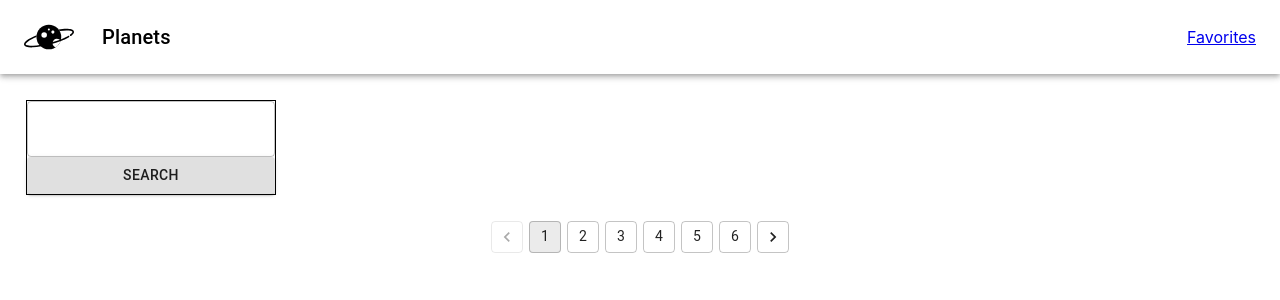
Repository: samridhie01/assignment
Page: /details
These files come from the project's save history. The page is drawn as it stood at one moment and after the next save; the edit follows.
The browser window is 1280 px wide. The pictures show the whole page.
The page's requests for data from a server got no answer. The project was rebuilt for these pictures with package versions that can differ from the ones it lists, and the page was loaded fresh each time. A package was used in the major version that the imports need, not the one package.json lists. No one was signed in, and anything a server would have sent is missing. Also part of the build but not shown: src/components/planets/PlanetTile.tsx, src/components/planets/Planets.tsx, src/components/details/SpecificPlanetRetrievalService.ts, src/components/details/Details.tsx, src/components/favorites/Favorites.tsx.

Above is the page before, as saved 2020-08-20 22:32:00.

After the next save:
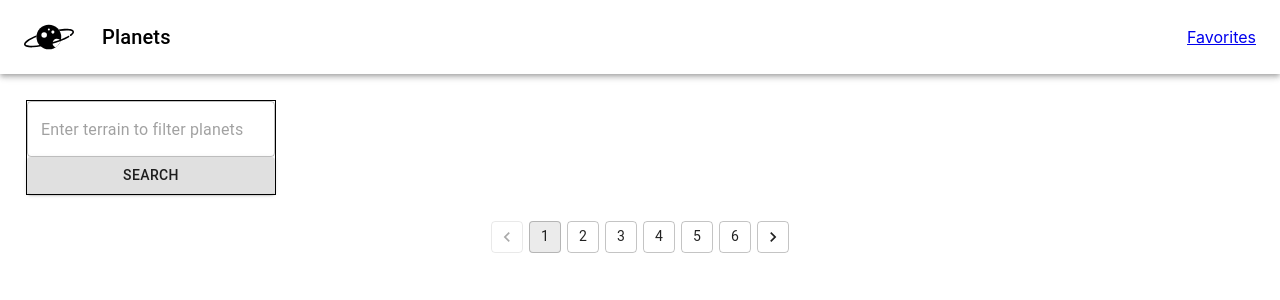
Saved 6 min 43 s later.
--- a/src/components/searchBox/SearchBox.tsx
+++ b/src/components/searchBox/SearchBox.tsx
@@ -17,7 +17,7 @@
     <>
 
     <Box height="250%" border={1} m={2} display="inline-block" className={classes.dotted}>
-     <TextField variant="outlined"/>
+     <TextField variant="outlined" placeholder="Enter terrain to filter planets"/>
      <Button variant="contained">Search</Button>
       </Box>
     </>
